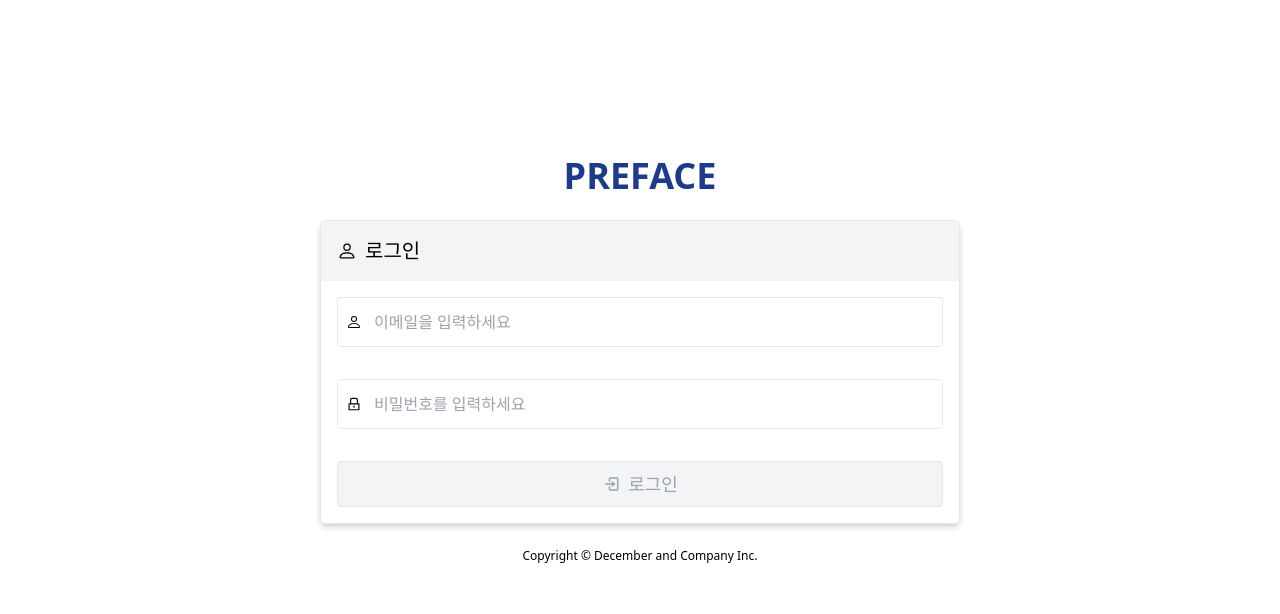
Repository: wanted-pre-onboarding-4/pre-onboarding-assignment-week-4-1-team-4
Page: /login (app in client/)
These files come from the project's save history. The page is drawn as it stood at one moment and after the next save; the edit follows.
The browser window is 1280 px wide. The pictures show the whole page.
The project was rebuilt for these pictures with package versions that can differ from the ones it lists, and the page was loaded fresh each time. Also part of the build but not shown: client/src/components/Footer.jsx, client/src/components/Header.jsx, client/src/components/Sider.jsx, client/src/components/Layout.jsx.

Above is the page before, as saved 2022-09-20 21:32:21.

After the next save:
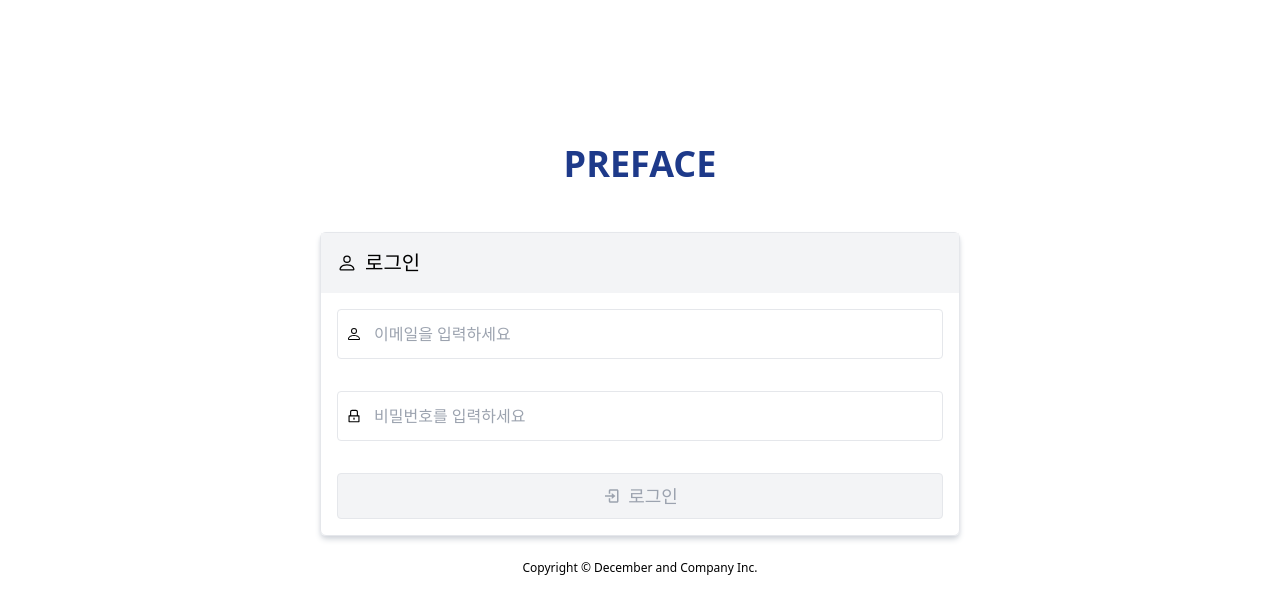
Saved 8 s later.
--- a/client/src/pages/login/Login.jsx
+++ b/client/src/pages/login/Login.jsx
@@ -6,7 +6,7 @@
 const Login = () => {
   return (
     <div className='flex flex-col justify-center items-center w-full gap-y-6'>
-    <h1 className='text-4xl font-bold text-blue-900 space-y-6'>PREFACE</h1>
+    <h1 className='text-4xl font-bold text-blue-900 mb-6'>PREFACE</h1>
       <div className='border-solid border-[1px] rounded-md shadow-md shadow-gray-300 w-1/2'>
         <div className="flex items-center justify-start space-x-2 p-4 font-medium text-xl bg-gray-100">
           <BsPerson />
